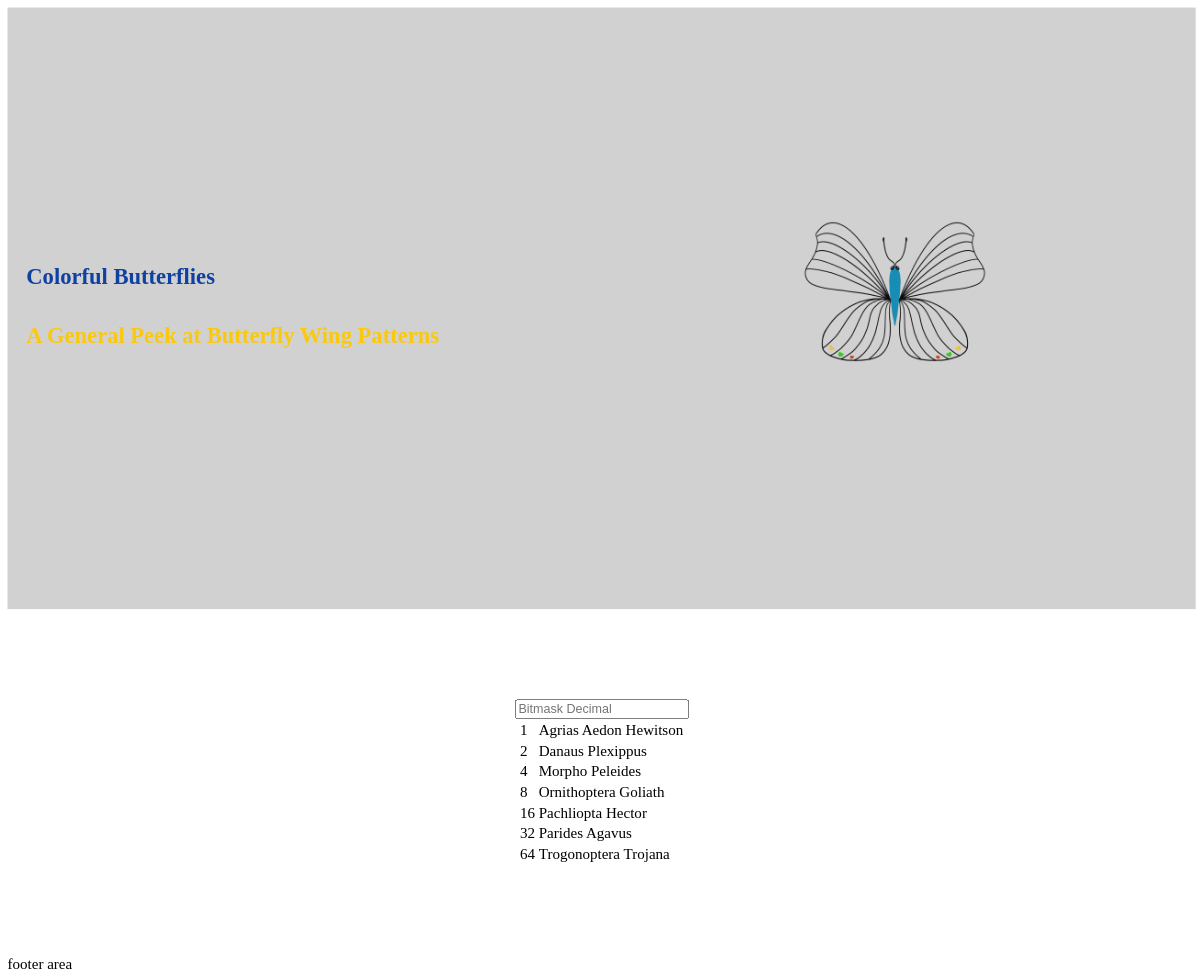
Repository: MeowCeline00/assessment-2
Page: /
The author's editor kept a copy of each file at every save. The page is drawn from the files as they stood at one save, then again after the next save.
The browser window is 1280 px wide. The pictures show the whole page, at 94% of full size.
The project was rebuilt for these pictures with package versions that can differ from the ones it lists, and the page was loaded fresh each time. The framework's server and built-in components were replaced by stand-ins that run in the browser. Also part of the build but not shown: next.config.mjs.

Above is the page before, as saved 2024-02-07 21:57:14.

### pages/index.js
import Head from "next/head";
import { useState } from "react";
import styles from "@/styles/Home.module.css";
import Header from "@/Components/Header";


export default function Home() {

  // Butterfly Patterns
  const classFilters = {
    //key : value
    1: 'Agrias Aedon Hewitson',
    2: 'Danaus Plexippus',
    4: 'Morpho Peleides',
    8: 'Ornithoptera Goliath',
    16: 'Pachliopta Hector',
    32: 'Parides Agavus',
    64: 'Trogonoptera Trojana'
  }

  const [input, setInput] = useState();
                                    // 3
                                    // 2 & 2 Remainder 1
                                    // 1 & 1 Remainder 0
                                    // 9
                                    // 8 & 8 Remainder 1
                                    // 1 & 1 Remainder 0
  const getClassStyle = flagValue => (input & flagValue) > 0 ? {backgroundColor: 'yellow'} : null;

  return (
    <>
      <Head>
        <title>General View of Butterfly Wing Patterns</title>
        <meta name="description" content="General View of Butterfly Wing Patterns" />
        <meta name="viewport" content="width=device-width, initial-scale=1" />
        <link rel="icon" href="/butt_favicon.ico" />
      </Head>
      <Header />
      <main className={`${styles.main}`}>
       <input
       id="input"
       type="text"
       placeholder='Bitmask Decimal'
       value={input}
       onChange={event => setInput(event.target.value)}
       />
       <table>
        <tbody>
          {
            Object.keys(classFilters).map(item => (
              <tr key={item} style={getClassStyle(item)}>
                <td>{item}</td>
                <td>{classFilters[item]}</td>
              </tr>
            ))
          }
        </tbody>
       </table>
      </main>
      <footer>footer area</footer>
    </>
  );
}

### styles/Home.module.css
.main {
  display: flex;
  flex-direction: column;
  justify-content: space-between;
  align-items: center;
  padding: 6rem;
  min-height: 20vh;
}

### Components/Header/index.js
import Image from 'next/image';
import styles from './Header.module.css';

export default function Header() {
    return (
        <header className={styles.header}>
            <div className={styles.titleArea}>
                <h1> Colorful Butterflies</h1>
                <h2> A General Peek at Butterfly Wing Patterns</h2>
            </div>
            <div className={styles.logoArea}>
                <img src={"/logo.png"} alt="Butterfly Logo" width={300} />
            </div>
        </header>
    );
}

### Components/Header/Header.module.css
.header {
    display: flex;
    justify-content: space-between;
    align-items: center;
    padding: 20px;
    background-color: #d1d1d1;
}

.titleArea {
    display: flex;
    flex-direction: column;
}

.titleArea h1 {
    color: rgb(15, 64, 162);
    font-size: x-large;
    font-family: ;
}

.titleArea h2 {
    color: rgb(251, 200, 16);
}

.logoArea {
  display: flex;
  padding: 150px;
}

Loaded but not shown: pages/_app.js (common file); pages/_document.js (common file); styles/globals.css (common file)

After the next save:
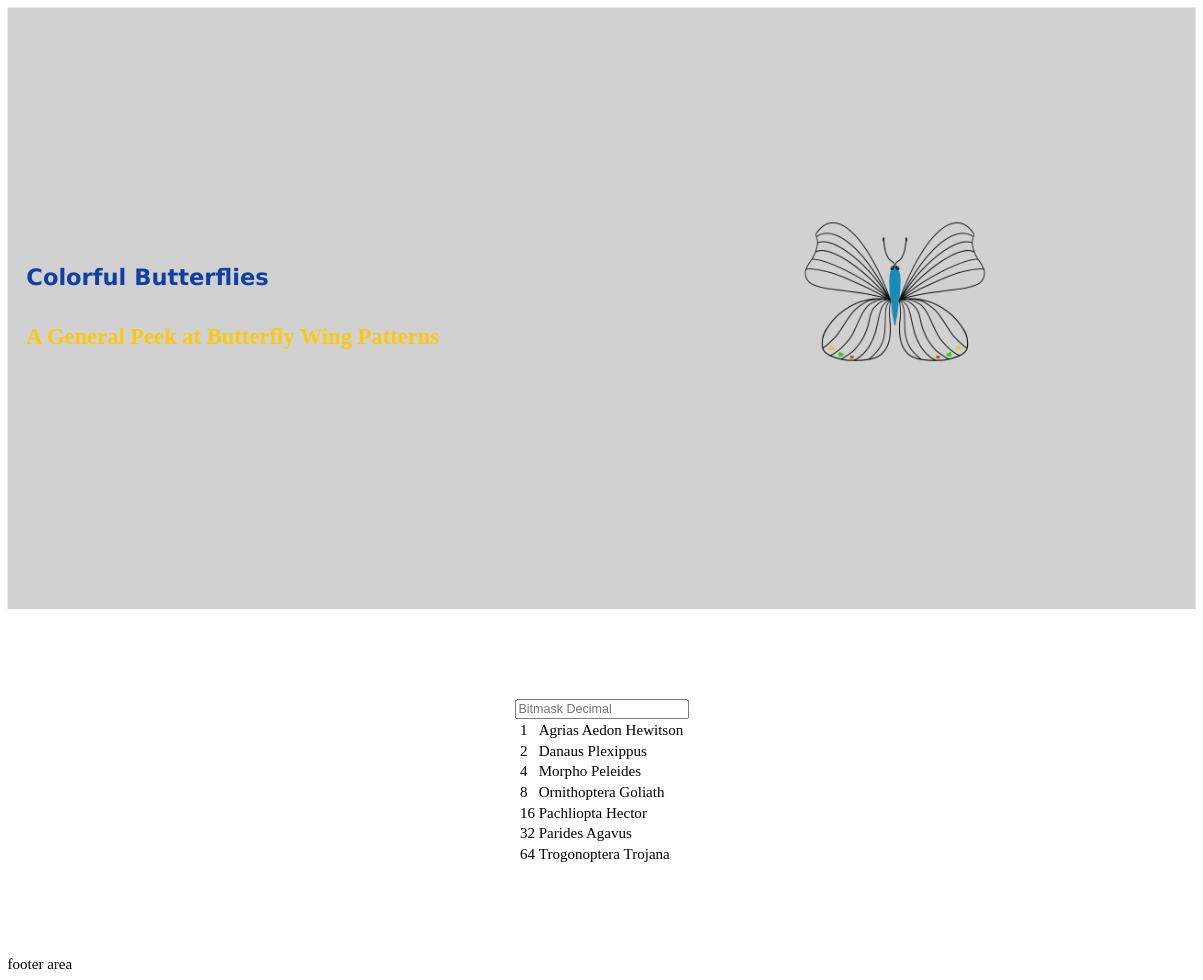
Saved 4 s later.
--- a/Components/Header/Header.module.css
+++ b/Components/Header/Header.module.css
@@ -14,7 +14,7 @@
 .titleArea h1 {
     color: rgb(15, 64, 162);
     font-size: x-large;
-    font-family: ;
+    font-family: 'Lucida Sans', 'Lucida Sans Regular', 'Lucida Grande', 'Lucida Sans Unicode', Geneva, Verdana, sans-serif;
 }
 
 .titleArea h2 {

After the save that followed:
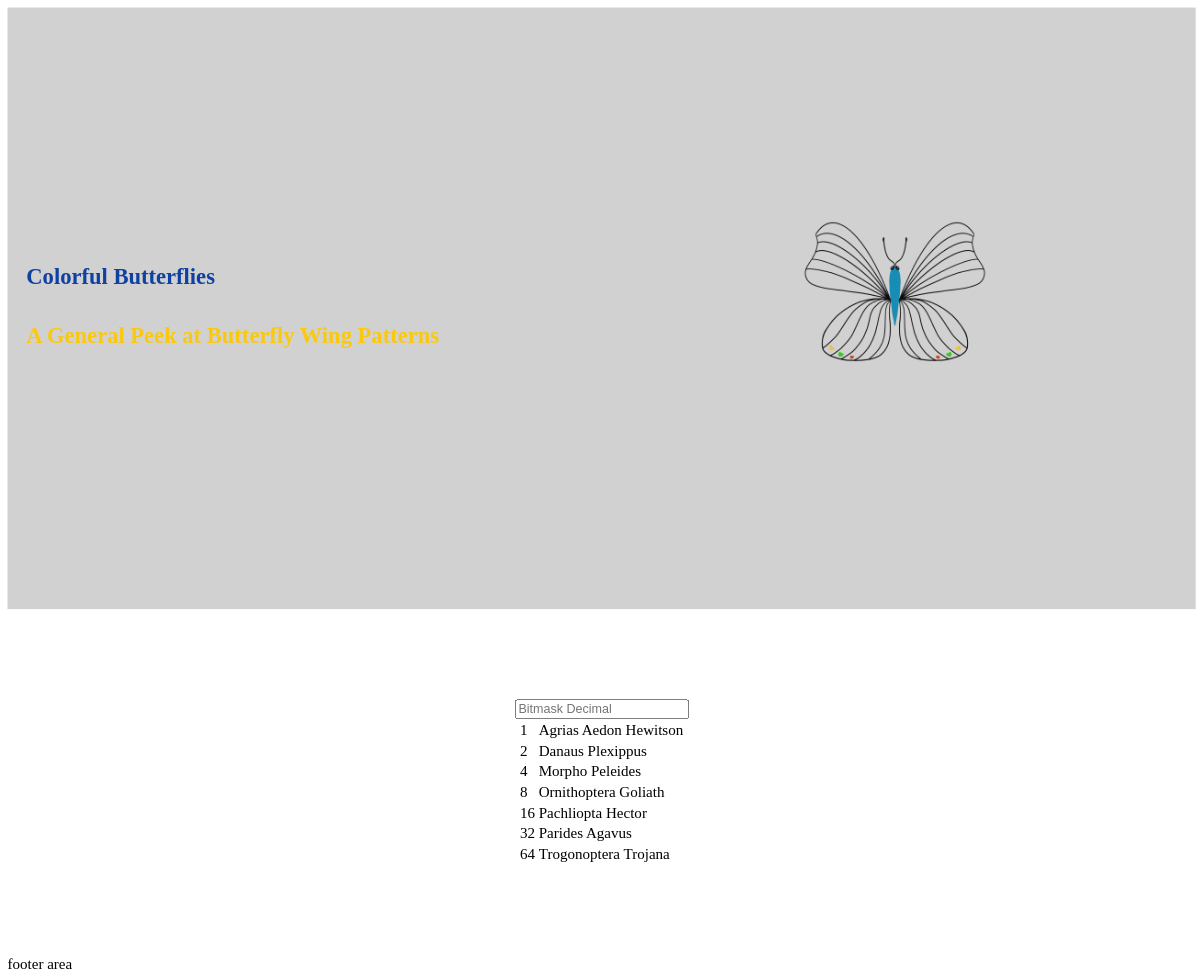
Saved 15 s later.
--- a/Components/Header/Header.module.css
+++ b/Components/Header/Header.module.css
@@ -14,7 +14,7 @@
 .titleArea h1 {
     color: rgb(15, 64, 162);
     font-size: x-large;
-    font-family: 'Lucida Sans', 'Lucida Sans Regular', 'Lucida Grande', 'Lucida Sans Unicode', Geneva, Verdana, sans-serif;
+    fo;
 }
 
 .titleArea h2 {
